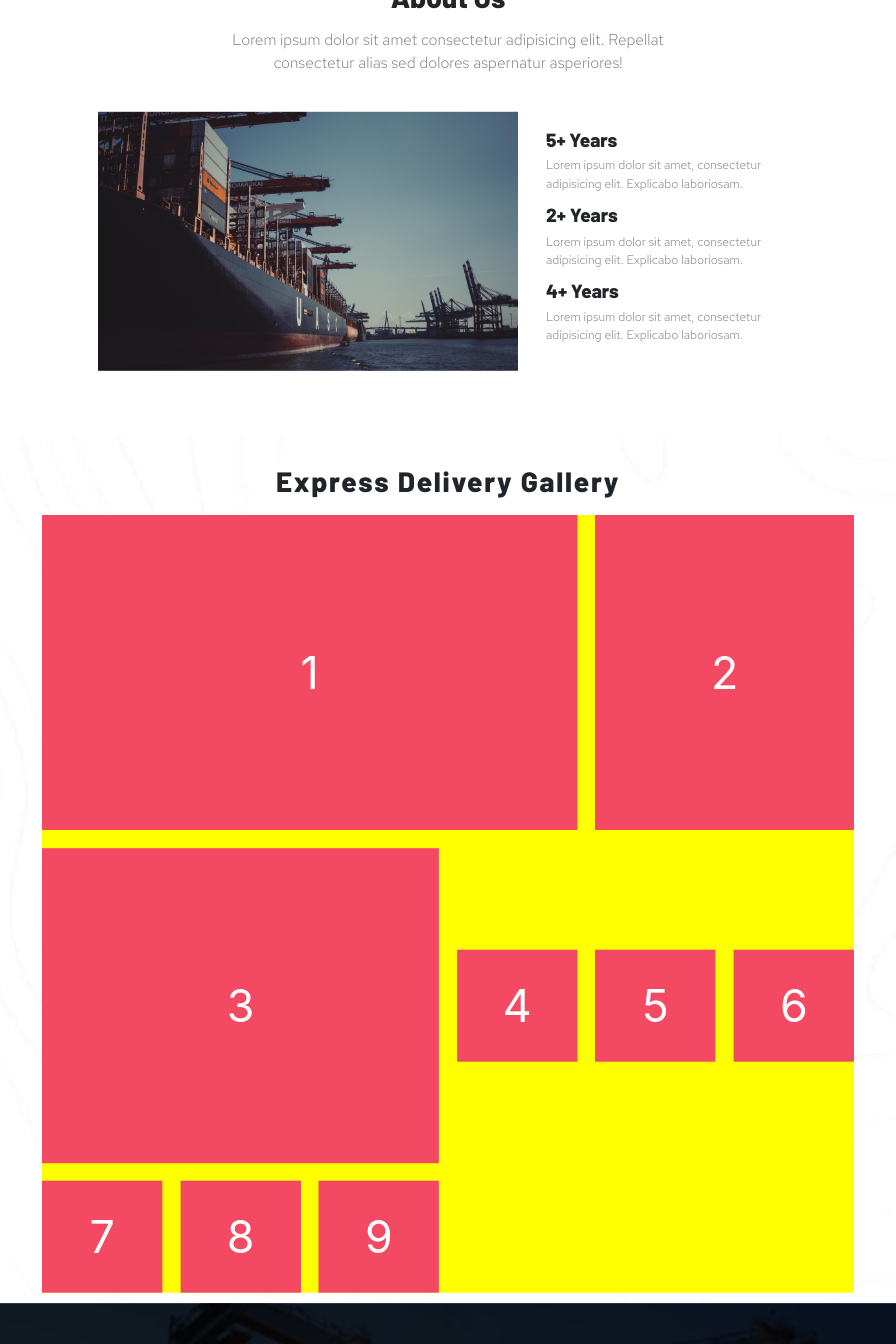
Repository: just-mann/express-delivery
Page: index.html
The author's editor kept a copy of each file at every save. The page is drawn from the files as they stood at one save, then again after the next save.
The browser window is 1280 px wide. The pictures show the part of the page from y = 2154 to 4074 px (the page is 5923 px tall), at 70% of full size.
Some web libraries are served in a nearby version. The style sheet was rebuilt from its Sass, Less or Tailwind sources for each picture, by a compiler version that may differ from the author's.

Above is the page before, as saved 2021-07-08 02:03:13.

After the next save:
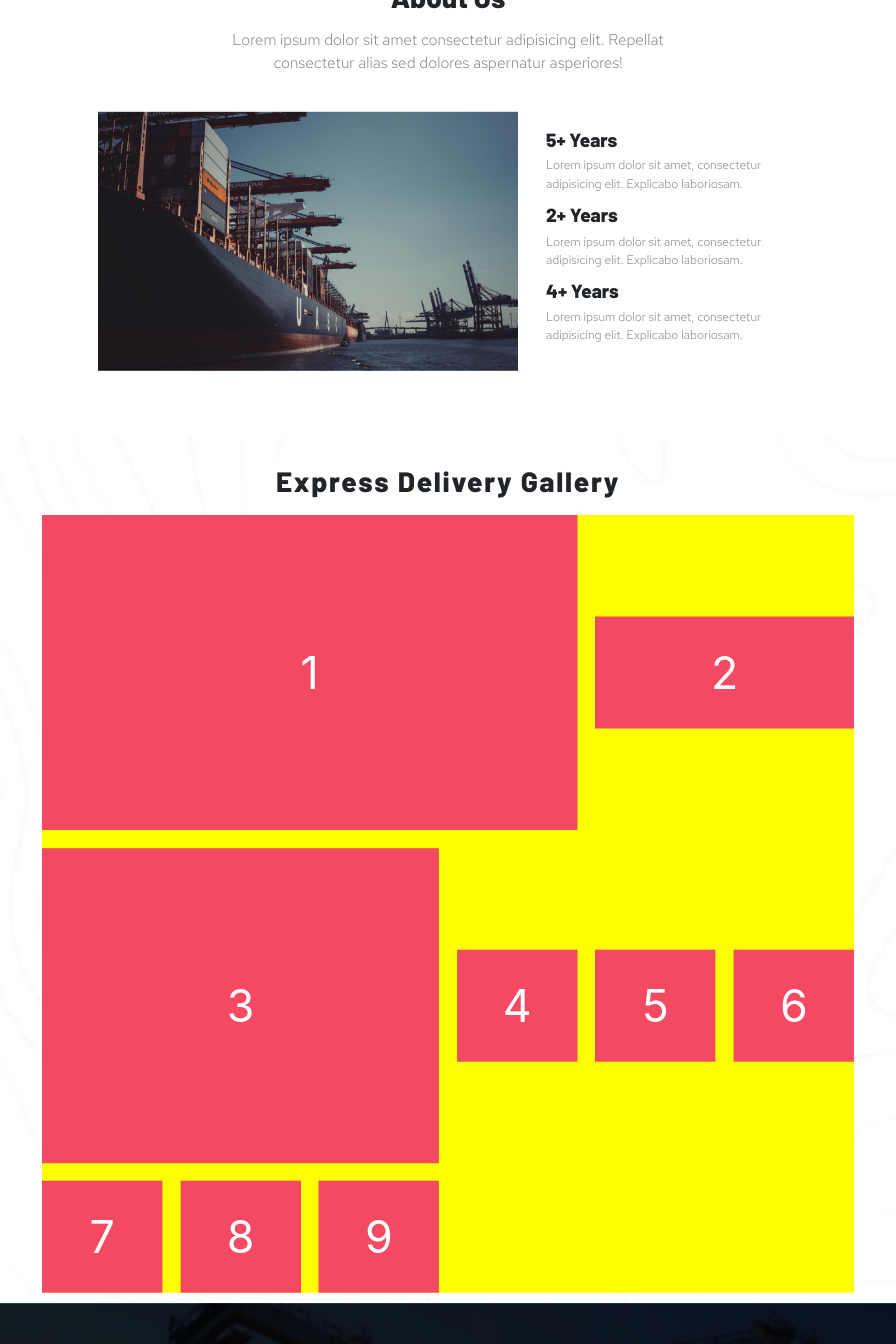
Saved 24 s later.
--- a/Sass/style.scss
+++ b/Sass/style.scss
@@ -505,7 +505,6 @@ header {
 
             &:nth-child(2) {
                 grid-column: span 2;
-                min-height: 450px;
             }
 
             &:nth-child(3) {
